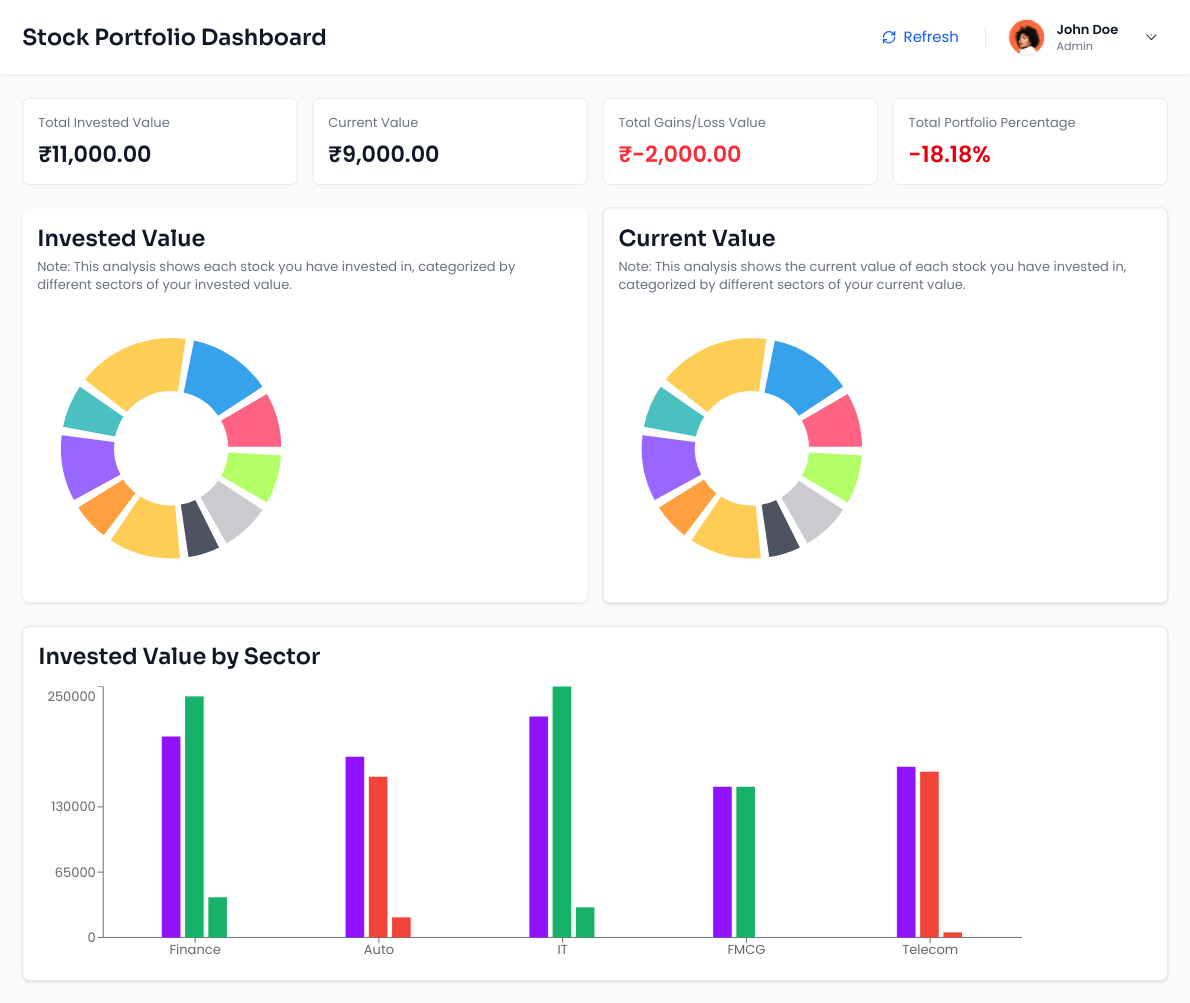
Repository: jabir12-12/inten-project
Page: /
The author's editor kept a copy of each file at every save. The page is drawn from the files as they stood at one save, then again after the next save.
The browser window is 1280 px wide. The pictures show the whole page, at 93% of full size.
The project was rebuilt for these pictures with package versions that can differ from the ones it lists, and the page was loaded fresh each time. The framework's server and built-in components were replaced by stand-ins that run in the browser. Also part of the build but not shown: next.config.ts.

Above is the page before, as saved 2025-05-17 15:55:18.

After the next save:
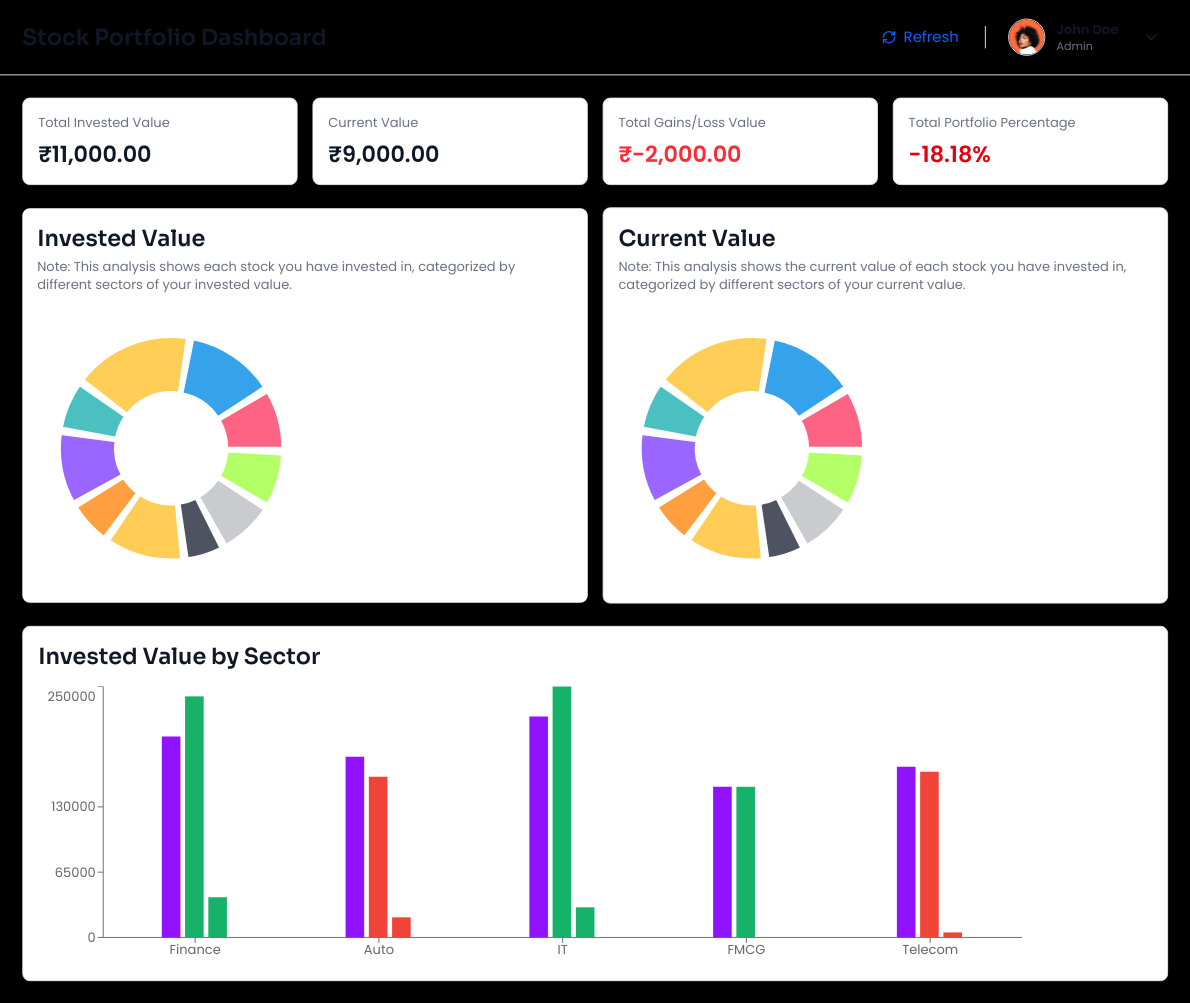
Saved 104 s later.
--- a/src/pages/index.tsx
+++ b/src/pages/index.tsx
@@ -118,9 +118,9 @@
 
 
   return (
-    <div className="bg-gray-50 min-h-screen flex flex-col">
+    <div className="bg-black min-h-screen flex flex-col">
       {/* Header */}
-      <header className="sticky top-0 z-10 flex justify-between px-4 md:px-6 py-3 md:py-4 bg-white border-b border-gray-200 shadow-sm items-center">
+      <header className="sticky top-0 z-10 flex justify-between px-4 md:px-6 py-3 md:py-4 bg-black border-b border-gray-200 shadow-sm items-center">
         <div className="flex items-center">
           <h1 className="text-gray-900 font-semibold text-xl md:text-2xl">Stock Portfolio Dashboard</h1>
         </div>

After the save that followed:
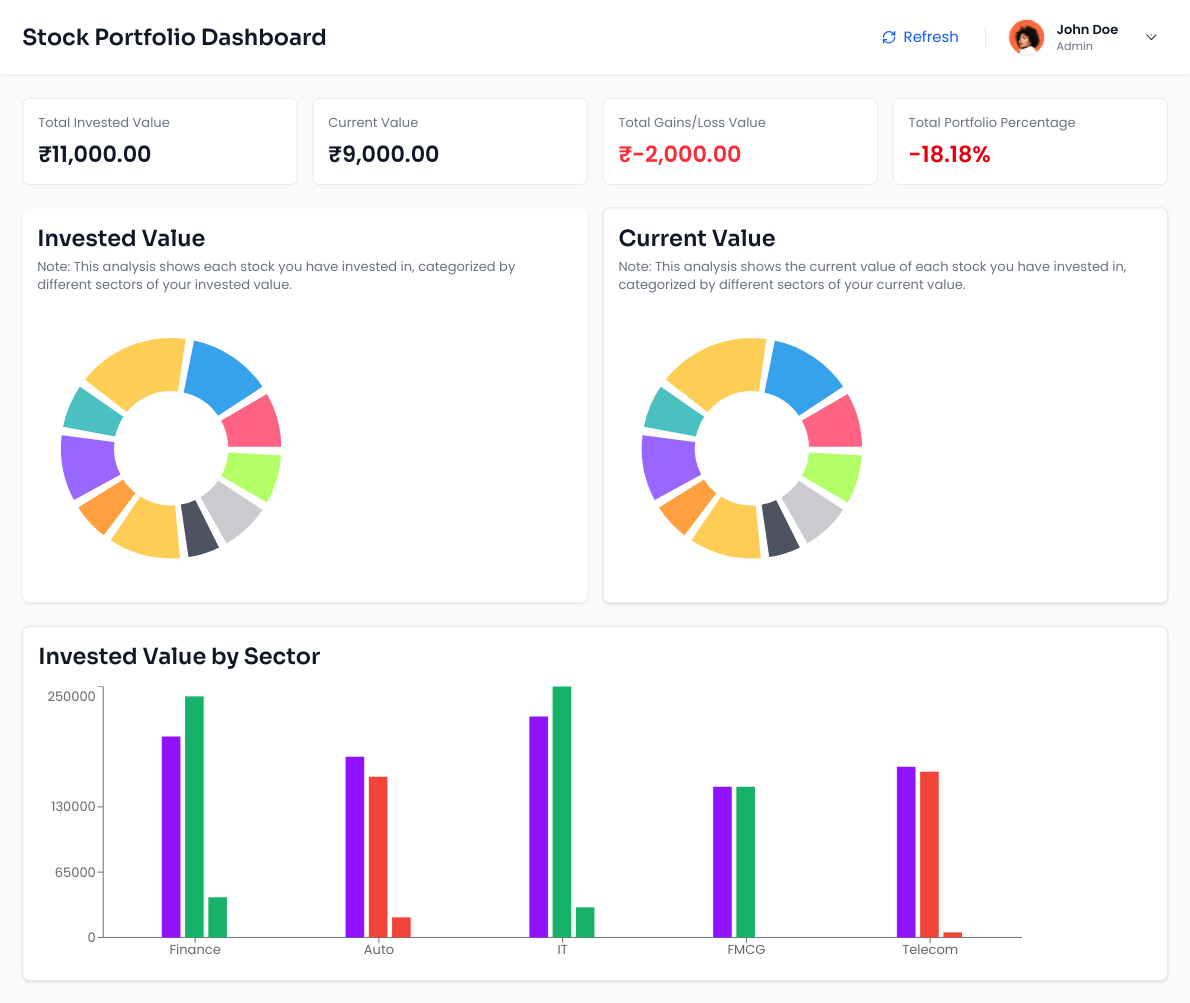
Saved 21 s later.
--- a/src/pages/index.tsx
+++ b/src/pages/index.tsx
@@ -118,9 +118,9 @@
 
 
   return (
-    <div className="bg-black min-h-screen flex flex-col">
+    <div className="bg-gray-50 min-h-screen flex flex-col">
       {/* Header */}
-      <header className="sticky top-0 z-10 flex justify-between px-4 md:px-6 py-3 md:py-4 bg-black border-b border-gray-200 shadow-sm items-center">
+      <header className="sticky top-0 z-10 flex justify-between px-4 md:px-6 py-3 md:py-4 bg-white border-b border-gray-200 shadow-sm items-center">
         <div className="flex items-center">
           <h1 className="text-gray-900 font-semibold text-xl md:text-2xl">Stock Portfolio Dashboard</h1>
         </div>
